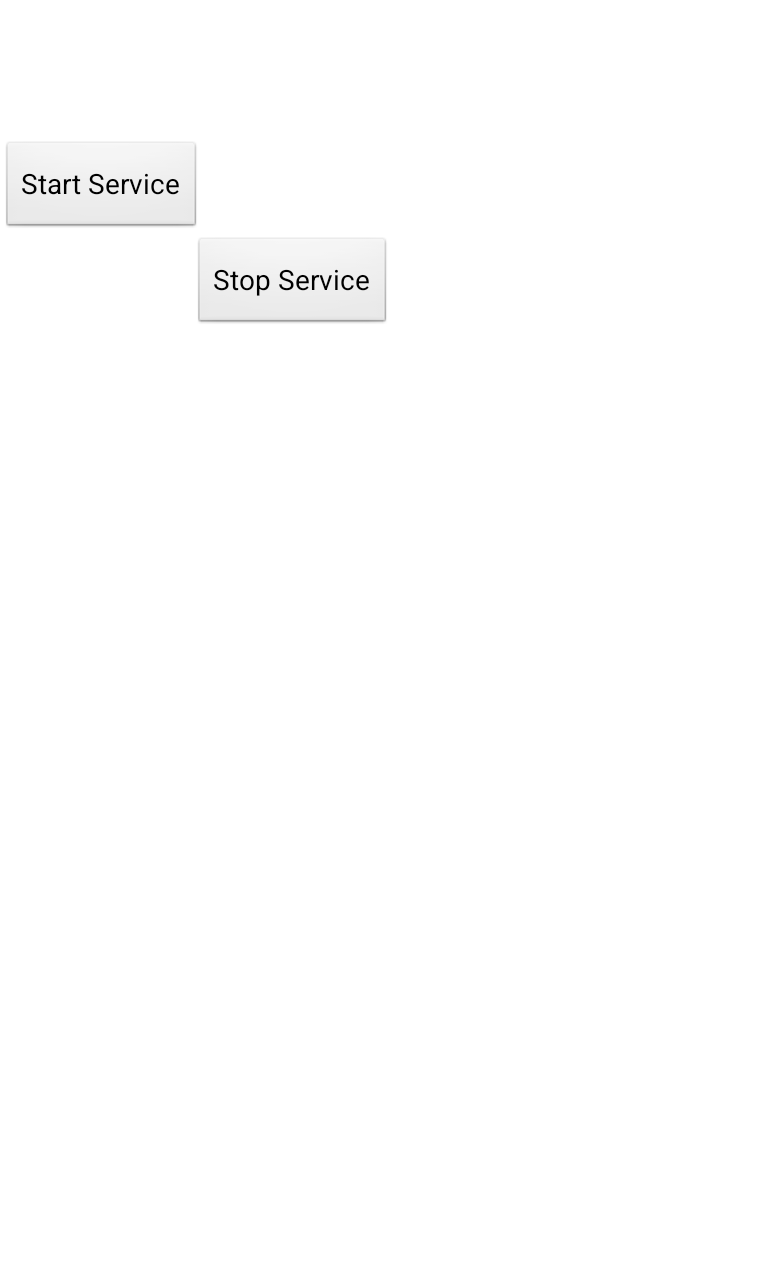
Repository: terraego/Wifidroid
Layout: server/res/layout/activity_wifi_droid_server.xml
These files come from the project's save history. The layout is drawn as it stood at one moment and after the next save; the edit follows.
It is drawn on a 768 x 1280 px phone screen (xhdpi) without system bars, with theme AppTheme; the app's code is not run.

Above is the layout before, as saved 2012-07-06 15:24:39.

After the next save:
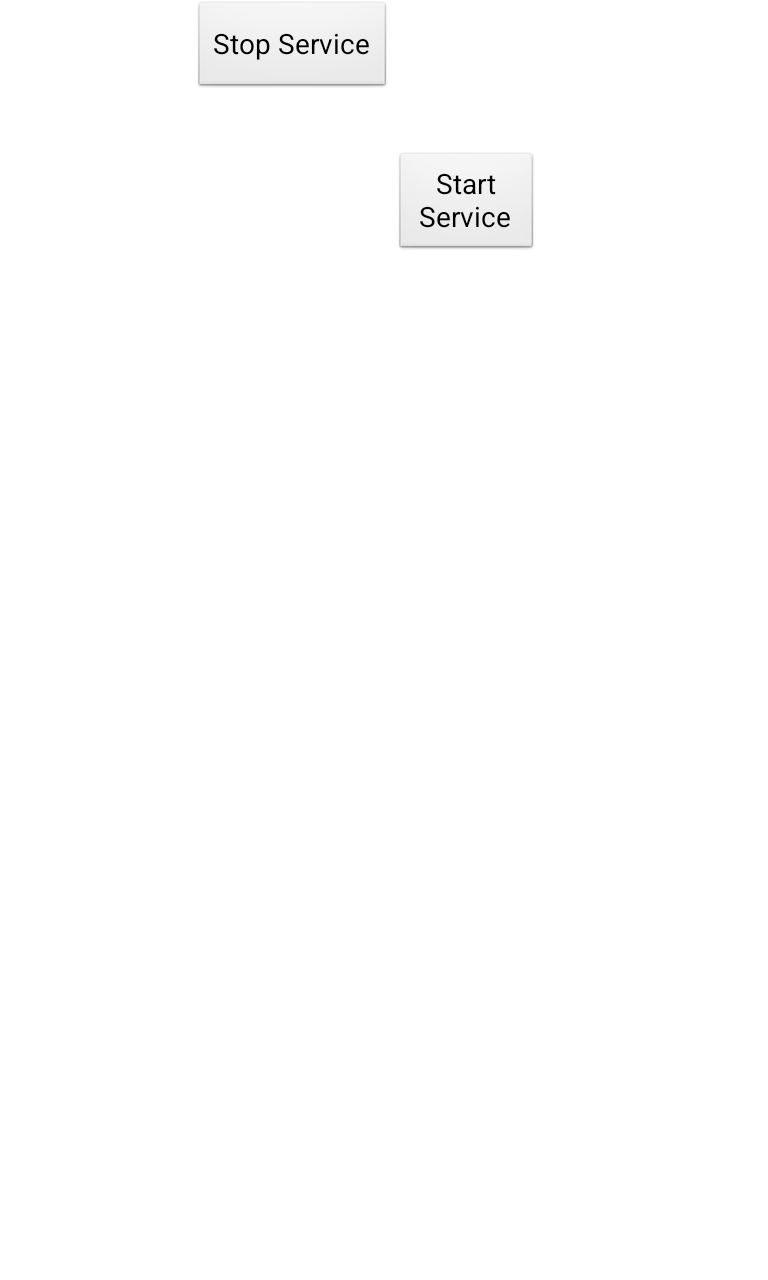
Saved 28 s later.
--- a/server/res/layout/activity_wifi_droid_server.xml
+++ b/server/res/layout/activity_wifi_droid_server.xml
@@ -3,7 +3,14 @@
     android:id="@+id/LinearLayout1"
     android:layout_width="match_parent"
     android:layout_height="match_parent"
-    android:orientation="vertical" >
+    android:orientation="horizontal" >
+
+    <Button
+        android:id="@+id/stopService"
+        android:layout_width="wrap_content"
+        android:layout_height="wrap_content"
+        android:layout_marginLeft="96dp"
+        android:text="@string/StopService" />
 
     <Button
         android:id="@+id/startService"
@@ -13,11 +20,4 @@
         android:layout_marginTop="70dp"
         android:text="@string/StartService" />
 
-    <Button
-        android:id="@+id/stopService"
-        android:layout_width="wrap_content"
-        android:layout_height="wrap_content"
-        android:layout_marginLeft="96dp"
-        android:text="@string/StopService" />
-
 </LinearLayout>
